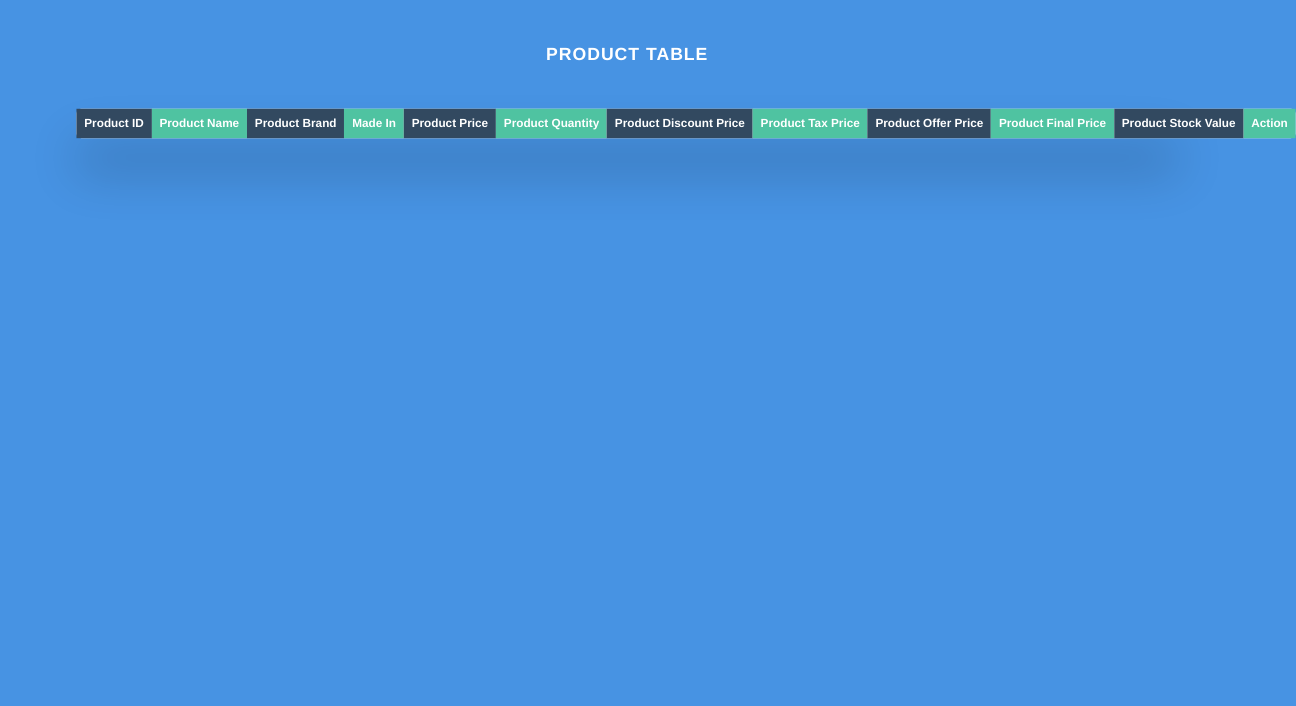
Repository: Prishu1310/SpringBootProjects
Page: http://localhost/product-list
An editor plug-in stored every save of this project. The page is shown before and after the next save, followed by the edit.
The browser window is 1280 px wide. The page is 1322 px wide, so the pictures cover 1322 px, including what lies to the right of the window. The pictures show the whole page, at 98% of full size.
The page is this project's Thymeleaf template; nobody is signed in. The template is opened directly, without the code that normally fills it, so the values that code supplies are empty.

Above is the page before, as saved 2024-12-21 17:34:08.

After the next save:
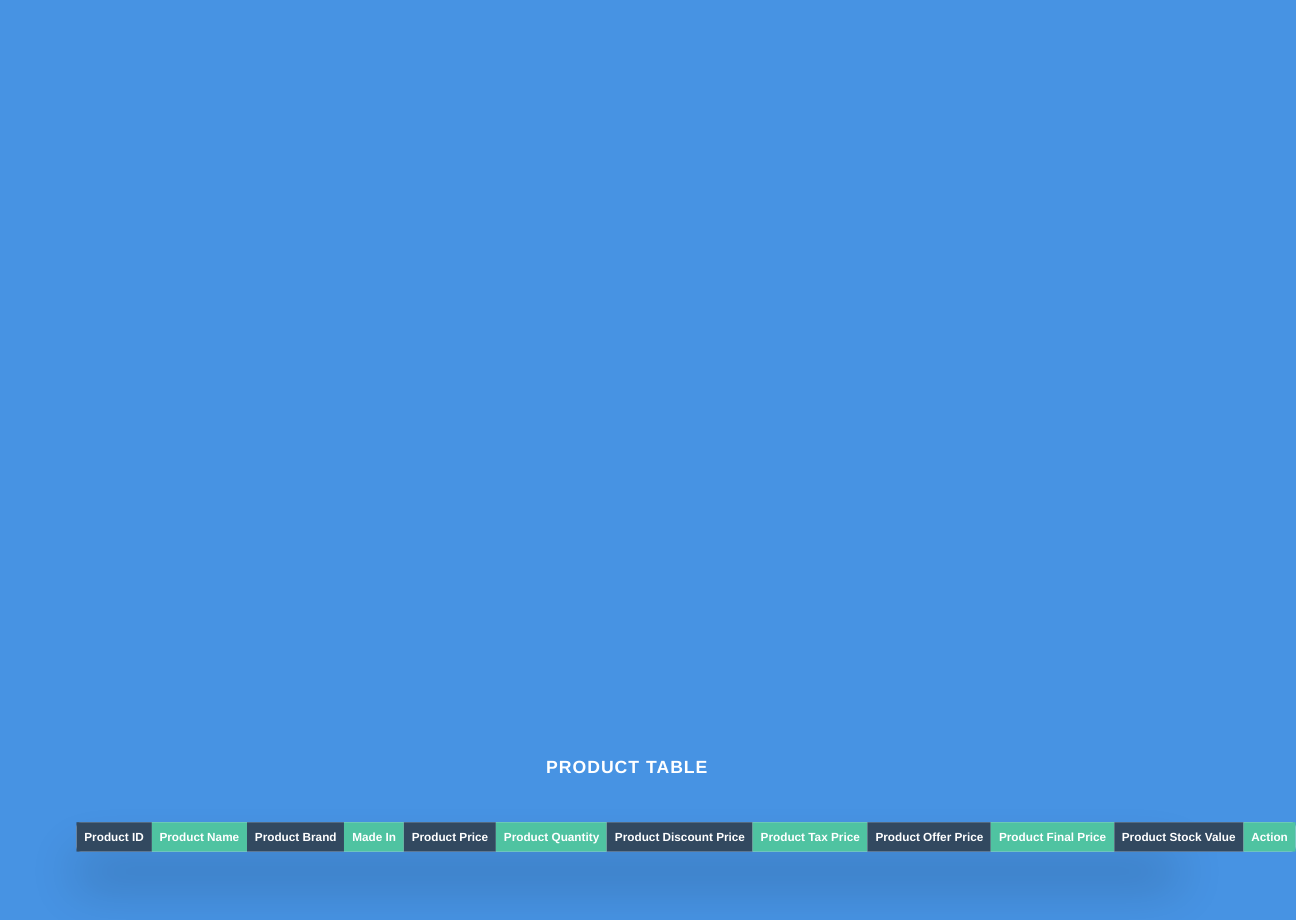
Saved 2 min 20 s later.
--- a/com.springbootmvc/src/main/resources/templates/product-list.html
+++ b/com.springbootmvc/src/main/resources/templates/product-list.html
@@ -177,7 +177,42 @@ h2{
 </style>
 </head>
 <body>
-
+<div class="login-root">
+    <div class="box-root flex-flex flex-direction--column" style="min-height: 100vh;flex-grow:1">
+      <div class="loginbackground box-background--white padding-top--64">
+        <div class="loginbackground-gridContainer">
+          <div class="box-root flex-flex" style="grid-area: top / start / 8 / end;">
+            <div class="box-root" style="background-image: linear-gradient(white 0%, rgb(247, 250, 252) 33%); flex-grow: 1;">
+            </div>
+          </div>
+          <div class="box-root flex-flex" style="grid-area: 4 / 2 / auto / 5;">
+            <div class="box-root box-divider--light-all-2 animationLeftRight tans3s" style="flex-grow: 1;"></div>
+          </div>
+          <div class="box-root flex-flex" style="grid-area: 6 / start / auto / 2;">
+            <div class="box-root box-background--blue800" style="flex-grow: 1;"></div>
+          </div>
+          <div class="box-root flex-flex" style="grid-area: 7 / start / auto / 4;">
+            <div class="box-root box-background--blue animationLeftRight" style="flex-grow: 1;"></div>
+          </div>
+          <div class="box-root flex-flex" style="grid-area: 8 / 4 / auto / 6;">
+            <div class="box-root box-background--gray100 animationLeftRight tans3s" style="flex-grow: 1;"></div>
+          </div>
+          <div class="box-root flex-flex" style="grid-area: 2 / 15 / auto / end;">
+            <div class="box-root box-background--cyan200 animationRightLeft tans4s" style="flex-grow: 1;"></div>
+          </div>
+          <div class="box-root flex-flex" style="grid-area: 3 / 14 / auto / end;">
+            <div class="box-root box-background--blue animationRightLeft" style="flex-grow: 1;"></div>
+          </div>
+          <div class="box-root flex-flex" style="grid-area: 4 / 17 / auto / 20;">
+            <div class="box-root box-background--gray100 animationRightLeft tans4s" style="flex-grow: 1;"></div>
+          </div>
+          <div class="box-root flex-flex" style="grid-area: 5 / 14 / auto / 17;">
+            <div class="box-root box-divider--light-all-2 animationRightLeft tans3s" style="flex-grow: 1;"></div>
+          </div>
+        </div>
+      </div>
+      </div>
+      </div>
 	<h2>Product Table</h2>
 	<div class="table-wrapper">
     <table class="fl-table">
